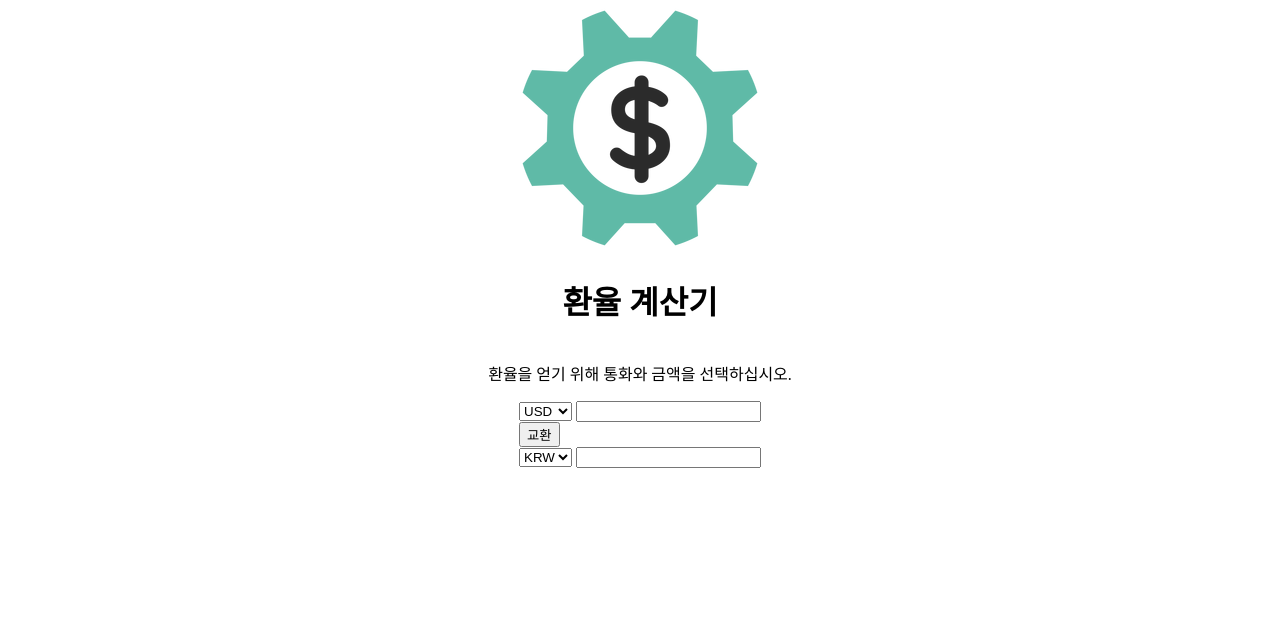
Repository: AbrorjonKuchkarov/exchange-rate
Page: index.html
These files come from the project's save history. The page is drawn as it stood at one moment and after the next save; the edit follows.
The browser window is 1280 px wide. The pictures show the whole page.

Above is the page before, as saved 2022-02-24 01:15:39.

After the next save:
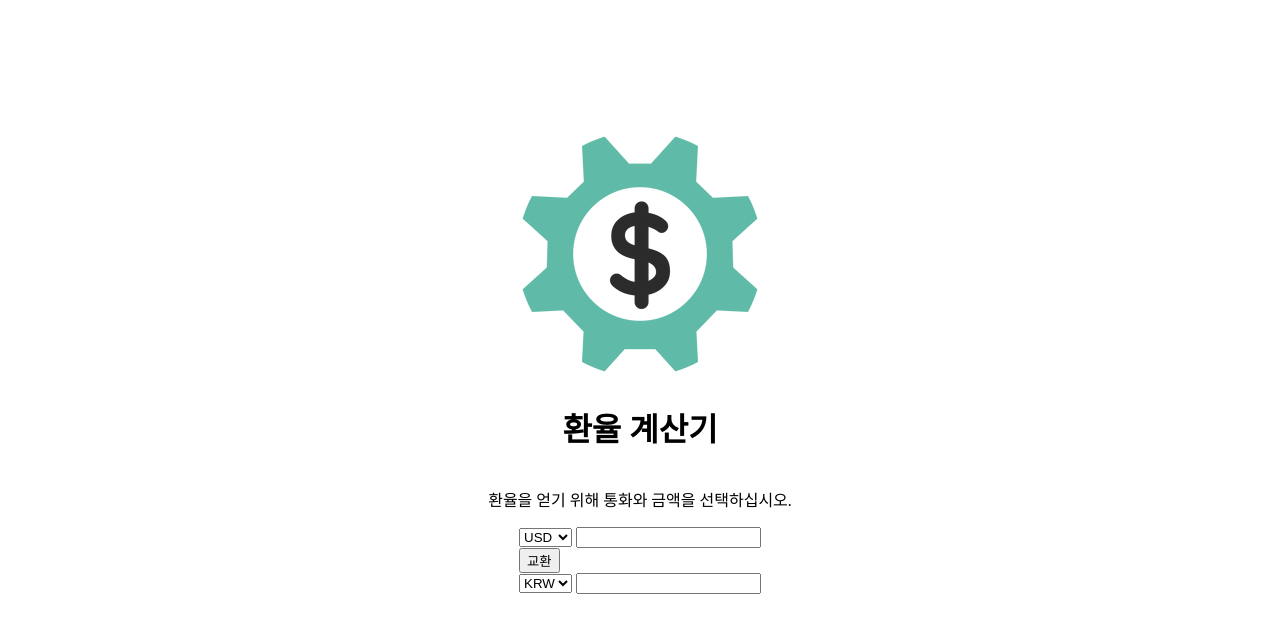
Saved 7 s later.
--- a/style.css
+++ b/style.css
@@ -8,4 +8,5 @@ body {
    flex-direction: column;
    align-items: center;
    justify-content: center;
+   height: 100vh;
 }
